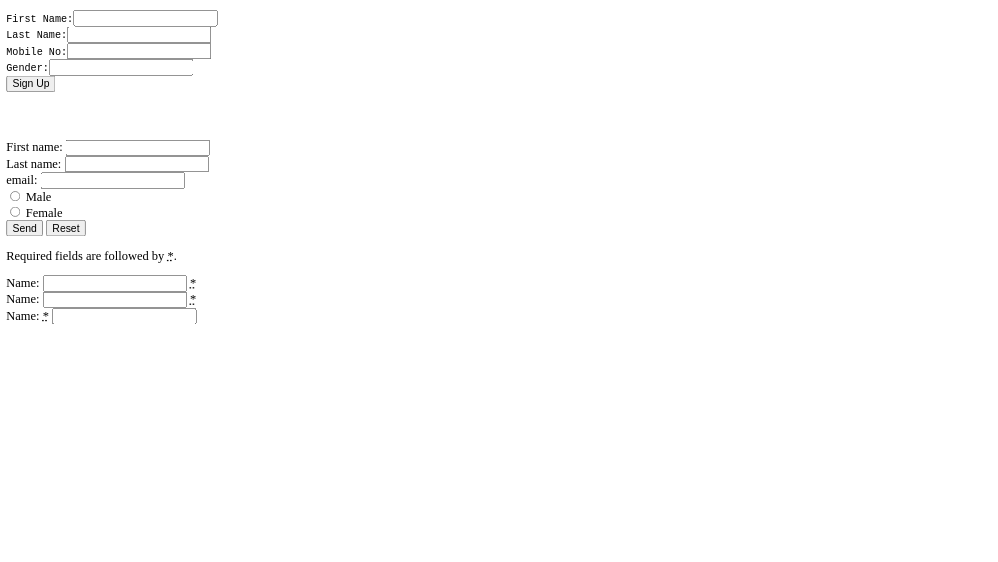
Repository: USChaurasiya/SpringCore
Page: http://localhost/SpringExample/
The author's editor kept a copy of each file at every save. The page is drawn from the files as they stood at one save, then again after the next save.
The browser window is 1280 px wide. The pictures show the whole page, at 78% of full size.
The page is served by Tomcat 9.

Above is the page before, as saved 2017-02-14 07:17:08.

After the next save:
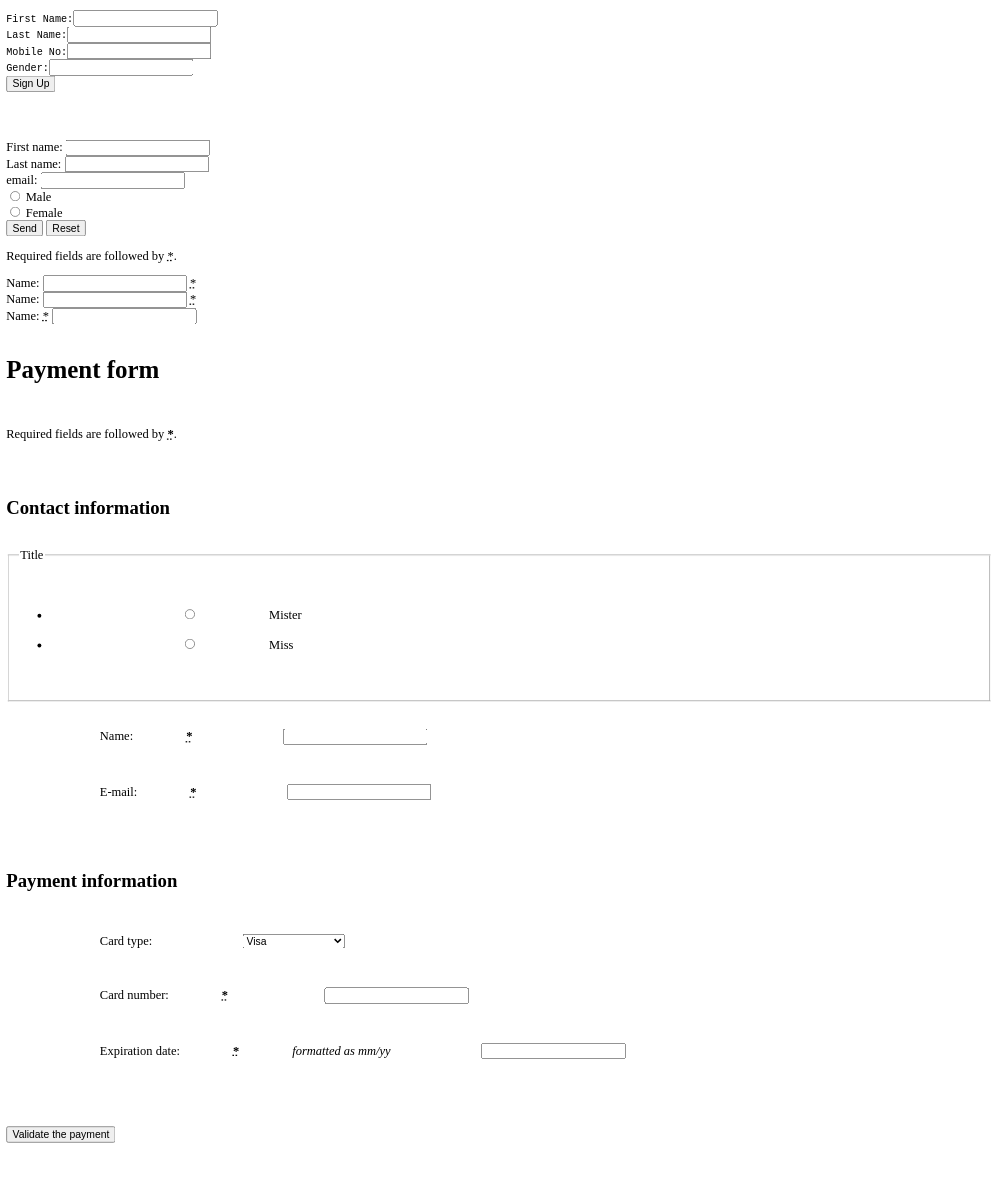
Saved 91 s later.
--- a/SpringExample/WebContent/Signup.jsp
+++ b/SpringExample/WebContent/Signup.jsp
@@ -57,7 +57,75 @@ Gender:<input type="text" name="gender">
   <label for="username">Name: <abbr title="required">*</abbr></label>
   <input id="username" type="text" name="username">
 </div>
-
+	<form>
+        <h1>Payment form</h1>
+        <p>Required fields are followed by <strong><abbr title="required">*</abbr></strong>.</p>
+        <section>
+            <h2>Contact information</h2>
+            <fieldset>
+              <legend>Title</legend>
+              <ul>
+                  <li>
+                    <label for="title_1">
+                      <input type="radio" id="title_1" name="title" value="M." >
+                      Mister
+                    </label>
+                  </li>
+                  <li>
+                    <label for="title_2">
+                      <input type="radio" id="title_2" name="title" value="Ms.">
+                      Miss
+                    </label>
+                  </li>
+              </ul>
+            </fieldset>
+            <p>
+              <label for="name">
+                <span>Name: </span>
+                <strong><abbr title="required">*</abbr></strong>
+              </label>
+              <input type="text" id="name" name="username">
+            </p>
+            <p>
+              <label for="mail">
+                <span>E-mail: </span>
+                <strong><abbr title="required">*</abbr></strong>
+              </label>
+              <input type="email" id="mail" name="usermail">
+            </p>
+        </section>
+        <section>
+            <h2>Payment information</h2>
+            <p>
+              <label for="card">
+                <span>Card type:</span>
+              </label>
+              <select id="card" name="usercard">
+                <option value="visa">Visa</option>
+                <option value="mc">Mastercard</option>
+                <option value="amex">American Express</option>
+              </select>
+            </p>
+            <p>
+              <label for="number">
+                <span>Card number:</span>
+                <strong><abbr title="required">*</abbr></strong>
+              </label>
+                <input type="text" id="number" name="cardnumber">
+            </p>
+            <p>
+              <label for="date">
+                <span>Expiration date:</span>
+                <strong><abbr title="required">*</abbr></strong>
+                <em>formatted as mm/yy</em>
+              </label>
+              <input type="text" id="date" name="expiration">
+            </p>
+        </section>
+        <section>
+            <p> <button type="submit">Validate the payment</button> </p>
+        </section>
+    </form>
 
 </body>
 </html>
